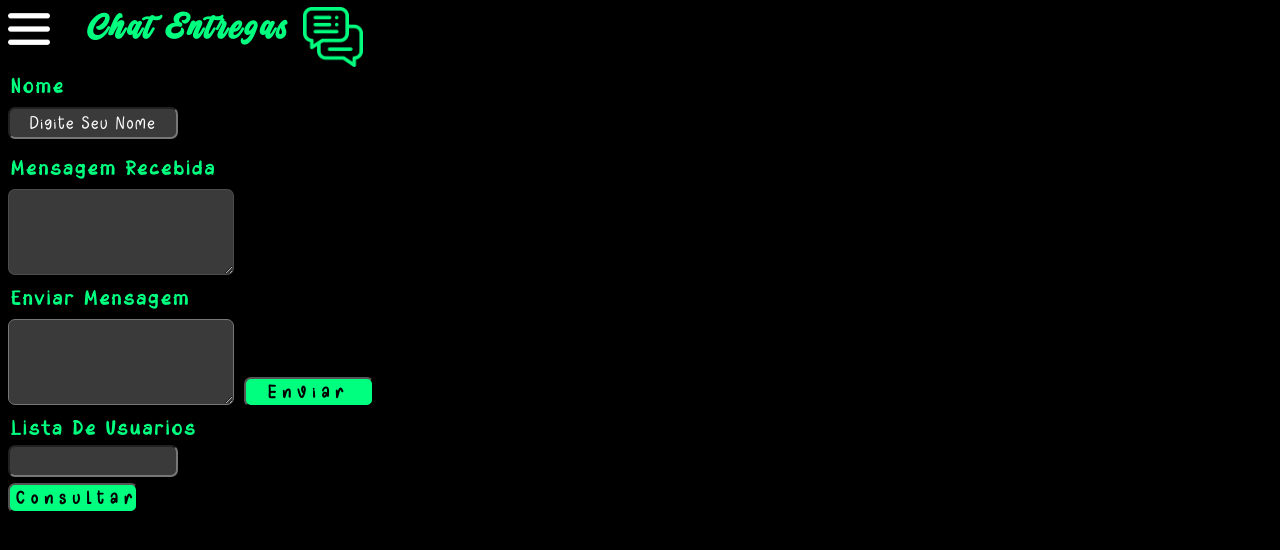
Repository: alfredo-allan/relatorioentregas
Page: pages/chatapp.html
These files come from the project's save history. The page is drawn as it stood at one moment and after a run of saves; the edit follows.
The browser window is 1280 px wide. The pictures show the whole page.
The page's requests for data from a server got no answer.

Above is the page before, as saved 2024-05-12 10:57:04.
Console error: TypeError: Cannot set properties of null (setting 'value')

### pages/chatapp.html
<!DOCTYPE html>
<html lang="pt-BR">
  <head>
    <meta charset="UTF-8" />
    <meta name="viewport" content="width=device-width, initial-scale=1.0" />
    <link rel="stylesheet" href="../style/styles.css" />
    <style>
      textarea#enviarMsg:focus {
        outline: none;
      }
    </style>
    <title>ChatApp</title>
  </head>
  <body>
    <header id="ChatApp">
      <img id="menu-icon" src="../img/barra-de-menu.png" alt="" />
      <div id="menu-options">
        <ul>
          <a href="/index.html"><li>Registrar Entrega</li></a>
          <a href="/pages/apagar.html"><li>Apagar Entrega</li></a>
          <a href="/pages/consultar.html"><li>Consultar Entregas</li></a>
          <a href="/pages/registrar.html"><li>Registar-Se</li></a>
        </ul>
      </div>
      <h1 id="textchat">Chat Entregas</h1>
      <img id="imgchat" src="../img/bater-papo.png" alt="" />
    </header>
    <div id="login">
      <span>Nome</span> <br />
      <input id="nomeusuario" type="text" placeholder="Digite Seu Nome" />
    </div>
    <div id="message">
      <span>Mensagem Recebida</span> <br />
      <div id="msgRecebida">
        <textarea id="msgInput" rows="4" disabled></textarea>
        <!-- Alterado para <textarea> -->
      </div>
      <div id="msgEnviar">
        <span>Enviar Mensagem</span> <br />
        <textarea id="enviarMsg" type="text"></textarea>
        <button id="enviarmsg">Enviar</button>
      </div>
      <span>Lista De Usuarios</span>
      <ul></ul>
      <div id="usuarios"></div> <br>
      <input id="lstUsu" type="text">
      <button id="ctsUsu">Consultar</button>
    </div>
  </body>
  <script>
    document.addEventListener("DOMContentLoaded", function () {
      const nomeUsuarioInput = document.getElementById("nomeusuario");
      const msgRecebidaDiv = document.getElementById("msgRecebida");
      const usuariosUl = document.querySelector("#usuarios ul");
      const enviarMsgTextarea = document.getElementById("enviarMsg");

      // Função para verificar se o nome de usuário existe
      nomeUsuarioInput.addEventListener("change", function () {
        const username = nomeUsuarioInput.value;
        fetch(`http://192.168.10.20:8001/get_users?username=${username}`)
          .then((response) => {
            if (!response.ok) {
              throw new Error("Network response was not ok");
            }
            return response.json();
          })
          .then((data) => {
            if (data.users.length > 0) {
              // Usuário existe, carregar mensagens recebidas
              fetch(
                `http://192.168.10.20:8001/get_messages_for_user/${username}`
              )
                .then((response) => {
                  if (!response.ok) {
                    throw new Error("Network response was not ok");
                  }
                  return response.json();
                })
                .then((data) => {
                  const messages = data.messages;
                  // Exibir as mensagens recebidas no campo msgRecebida
                  msgRecebidaDiv.innerHTML = messages
                    .map(
                      (msg) =>
                        `<p><strong>${msg.sender}:</strong> ${msg.message}</p>`
                    )
                    .join("");
                })
                .catch((error) => {
                  console.error("Error:", error);
                });
            } else {
              // Usuário não existe
              console.log("Usuário não encontrado");
            }
          })
          .catch((error) => {
            console.error("Error:", error);
          });
      });

      // Função para carregar a lista de usuários
      fetch("http://192.168.10.20:8001/get_users")
        .then((response) => {
          if (!response.ok) {
            throw new Error("Network response was not ok");
          }
          return response.json();
        })
        .then((data) => {
          const users = data.users;
          // Exibir a lista de usuários
          usuariosUl.innerHTML = users
            .map((user) => `<li>${user.username}</li>`)
            .join("");

          // Adicionar evento de clique para os usuários da lista
          usuariosUl.addEventListener("click", function (event) {
            if (event.target.tagName === "LI") {
              const recipientUsername = event.target.textContent;
              // Preencher o campo de mensagem com o nome do usuário selecionado
              enviarMsgTextarea.value = `@${recipientUsername} `;
            }
          });
        })
        .catch((error) => {
          console.error("Error:", error);
        });
    });
  </script>
  <script src="../script.js"></script>
</html>

### style/styles.css
:root {
  --las-americas: "Las-americas", sans-serif;
  --gribble-font: "Gribble";
  --helootwuins-font: "HelooTwuins";
  --verde--color: #00ff7f;
}

body {
  background-color: black;
}

@font-face {
  font-family: "Las-americas";
  src: url("../fonts/las_americas/LasAmericas_PERSONAL_USE_ONLY.otf")
    format("truetype");
  /* Adicione mais formatos (e.g. woff, woff2) conforme necessário */
}

@font-face {
  font-family: "Gribble";
  src: url("../fonts/gribble/Gribble.ttf") format("truetype");
  /* Adicione mais formatos (e.g. woff, woff2) conforme necessário */
}

@font-face {
  font-family: "HelooTwuins";
  src: url("../fonts/hello_twins/HelloTwinsDEMO.otf") format("truetype");
  /* Adicione mais formatos (e.g. woff, woff2) conforme necessário */
}

header {
  img {
    width: 42px;
    margin-right: 14px;
    text-wrap: nowrap;
  }
}

img #menu-icon {
  margin-right: 20px;
  margin-left: -1%;
}

#text-top {
  text-align: center;
  font-family: var(--las-americas);
  color: white;
  letter-spacing: 1.2px;
  margin-top: 30px;
  font-size: 40px;
}

#delivery {
  color: red;
  font-family: var(--gribble-font);
  letter-spacing: 3px;
  font-size: 25px;
  font-weight: 900;
  color: var(--verde--color);
}

.column {
  display: flex;
  flex-direction: column;
  align-items: center;
  padding: 10px 20px 15px 15px;
  border: 1px solid #ccc;
  border-radius: 2%;
  width: 300px;
  margin: 0 auto;
}

#form {
  border-radius: 2%;
  margin-top: 110px;
  margin-bottom: 250px;
  span {
    color: #00ff7f;
    font-family: var(--gribble-font);
    font-size: 20px;
    letter-spacing: 2px;
    font-weight: 600;
  }
}

input {
  text-align: center;
  margin-bottom: 5px;
  padding: 5px;
  width: 100%;
  box-sizing: border-box;
  font-weight: 600;
  margin-bottom: 10px;
  background-color: rgba(255, 255, 255, 0.226);
  color: white;
  font-family: var(--helootwuins-font);
  letter-spacing: 2px;
  font-size: 18px;
  border-radius: 7px;
}

input::placeholder {
  text-align: center;
  color: white;
  font-family: var(--helootwuins-font);
  font-weight: 400;
  font-size: 18px;
}

button {
  width: 130px;
  height: 30px;
  border-radius: 2%;
  background-color: var(--verde--color);
  font-family: var(--helootwuins-font);
  font-size: 18px;
  letter-spacing: 7px;
  font-weight: 900;
  border-radius: 7px;
}

#confirmButton {
  margin-left: 8px;
  margin-right: 20px;
}

#menu-icon {
  cursor: pointer;
}

#menu-options {
  display: none;
  position: absolute;
  top: 0;
  left: 0;
  margin-top: 60px;
  width: 63%;
  height: 35vh;
  background-color: var(--verde--color);
  color: white;
  font-family: var(--gribble-font);
  font-weight: 900;
  border-bottom-right-radius: 10%;
  color: black;
  letter-spacing: 2px;
  z-index: 999;
}

a {
  text-decoration: none; /* Remove o sublinhado */
  color: black;
}

#menu-options ul {
  list-style: none;
  padding: 0;
  margin-left: 10px;
  font-size: 20px;
}

#menu-options ul li {
  padding: 10px;
  /* border-bottom: 1px solid white; */
}

#modal {
  background: black;
  text-align: center;
}

.modal {
  display: none; /* Escondido por padrão */
  position: fixed;
  z-index: 1;
  left: 0;
  top: 0;
  width: 100%;
  height: 100%;
  overflow: auto;
  background-color: rgba(0, 0, 0, 0.4);
}

.modal-content {
  background-color: #fefefe;
  margin: 15% auto;
  padding: 20px;
  border: 2px solid #888;
  width: 80%;
  border-radius: 10px;
  background-color: black;
  p {
    margin-top: 30px;
    text-align: left;
    text-wrap: nowrap;
    font-family: var(--gribble-font);
    letter-spacing: 3px;
    font-weight: 600;
    font-size: 20px;
    color: var(--verde--color);
  }
}

.close {
  color: #aaa;
  float: right;
  font-size: 28px;
  font-weight: bold;
}

.close:hover,
.close:focus {
  color: black;
  text-decoration: none;
  cursor: pointer;
}

#data-list {
  margin: 0 auto;
  left: 50%;
  transform: translateX(-50%);
  margin: 0 auto;
  left: 50%;
  top: 60%;
  transform: translate(-50%, -50%);
  /* border: 1px solid var(--cor-azul); */
  color: var(--verde--color);
  border-radius: 5px;
  max-height: 330px;
  overflow-y: auto;
  position: absolute;
  z-index: -1;
  margin-top: 110px;
  margin-left: 0px;
  width: 336px;
  list-style: none;
  .name {
    font-family: var(--helootwuins-font);
    font-weight: 900;
    font-size: 20px;
    letter-spacing: 1px;
  }
  .item {
    font-family: var(--helootwuins-font);
    font-weight: 500;
    font-size: 20px;
    color: white;
    letter-spacing: 1px;
  }
}

#data-list {
  width: 340px;
  height: 180px;
  overflow: auto;
  /* border: 1px solid black; */
  scrollbar-color: var(--verde--color) var(--verde--color);
}

#data-list img {
  width: 25px;
  margin-left: 15px;
  margin-right: 0px;
}

#data-list::-webkit-scrollbar {
  width: 10px; /* Largura da barra de rolagem */
}

#data-list::-webkit-scrollbar-thumb {
  background-color: white; /* Cor da barra de rolagem */
  border-radius: 5px; /* Raio de borda da barra de rolagem */
}

#texto-descritivo {
  text-align: justify;
  margin-top: 200px;
  position: fixed;
  font-family: var(--luthier-font);
  letter-spacing: 3px;
  line-height: 2;
  margin-right: 8px;
  font-weight: 900;
  color: var(--verde--color);
}

.name {
  font-family: var(--gribble-font);
  font-weight: 900;
  font-size: 17px;
}
.item {
  font-family: var(--helootwuins-font);
  font-weight: 500;
  font-size: 15;
  color: white;
}

#textchat {
  font-family: var(--las-americas);
  color: var(--verde--color);
  letter-spacing: 3px;
  margin-left: 80px;
  font-size: 30px;
  margin-top: -44px;
}

#imgchat {
  width: 60px;
  position: absolute;
  margin-left: 295px;
  margin-top: -60px;
}

#message {
  input {
    width: 170px;
  }
}

#login {
  width: 170px;
}

span {
  color: var(--verde--color);
  font-family: var(--gribble-font);
  font-size: 20px;
  padding: 3px;
  line-height: 2;
  letter-spacing: 3px;
  font-weight: 900;
}

#msgInput {
  width: 220px;
  height: 80px;
  background-color: rgba(255, 255, 255, 0.226);
  border-radius: 7px;
  font-family: var(--helootwuins-font);
  font-size: 17px;
  letter-spacing: 3px;
  color: var(--verde--color);
  font-weight: 600;
}

#enviarMsg {
  width: 220px;
  height: 80px;
  background-color: rgba(255, 255, 255, 0.226);
  border-radius: 7px;
  font-family: var(--helootwuins-font);
  font-size: 17px;
  letter-spacing: 3px;
  color: var(--verde--color);
  font-weight: 600;
}

#enviarmsg {
  margin-top: 58px;
  position: absolute;
  margin-left: 10px;
}

#textRegister {
  font-family: var(--las-americas);
  color: var(--verde--color);
  letter-spacing: 3px;
  margin-top: 10px;
  text-align: center;
  letter-spacing: 3px;
}

#Registrar {
  input {
    width: 170px;
  }
}

#btsRegistrar {
  margin-top: 4px;
  margin-left: 28px;
  position: absolute;
}

#lstUsu {
  position: absolute;
  margin-top: -38px;
}

    position: absolute;
    margin-left: 184px;
    margin-top: -35px;
}

### script.js
const menuIcon = document.getElementById("menu-icon");
const menuOptions = document.getElementById("menu-options");

menuIcon.addEventListener("click", function () {
  if (menuOptions.style.display === "none") {
    menuOptions.style.display = "block";
  } else {
    menuOptions.style.display = "none";
  }
});

//input data pagina index e registro
document.getElementById("data-entrega").value = new Date().toISOString().slice(0, 10);
var currentDate = new Date().toISOString().slice(0, 10);
var formattedDate = currentDate.split("-").reverse().join("/");
document.getElementById("data-entrega").value = formattedDate;
  document
    .getElementById("data-entrega")
    .addEventListener("input", formatarData);

After the next 5 saves:
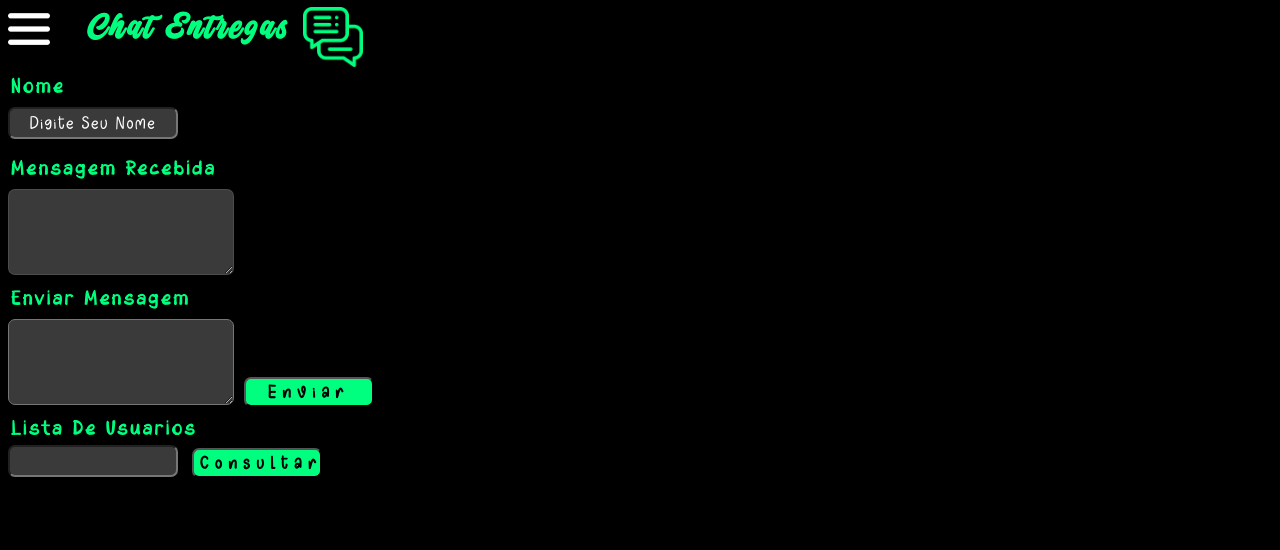
The 5 saves are shown as one change because they came seconds apart.
The last was saved 19 s later.
--- a/style/styles.css
+++ b/style/styles.css
@@ -387,7 +387,8 @@ span {
   margin-top: -38px;
 }
 
-    position: absolute;
-    margin-left: 184px;
-    margin-top: -35px;
-}
+#ctsUsu {
+  position: absolute;
+  margin-left: 184px;
+  margin-top: -35px;
+}
